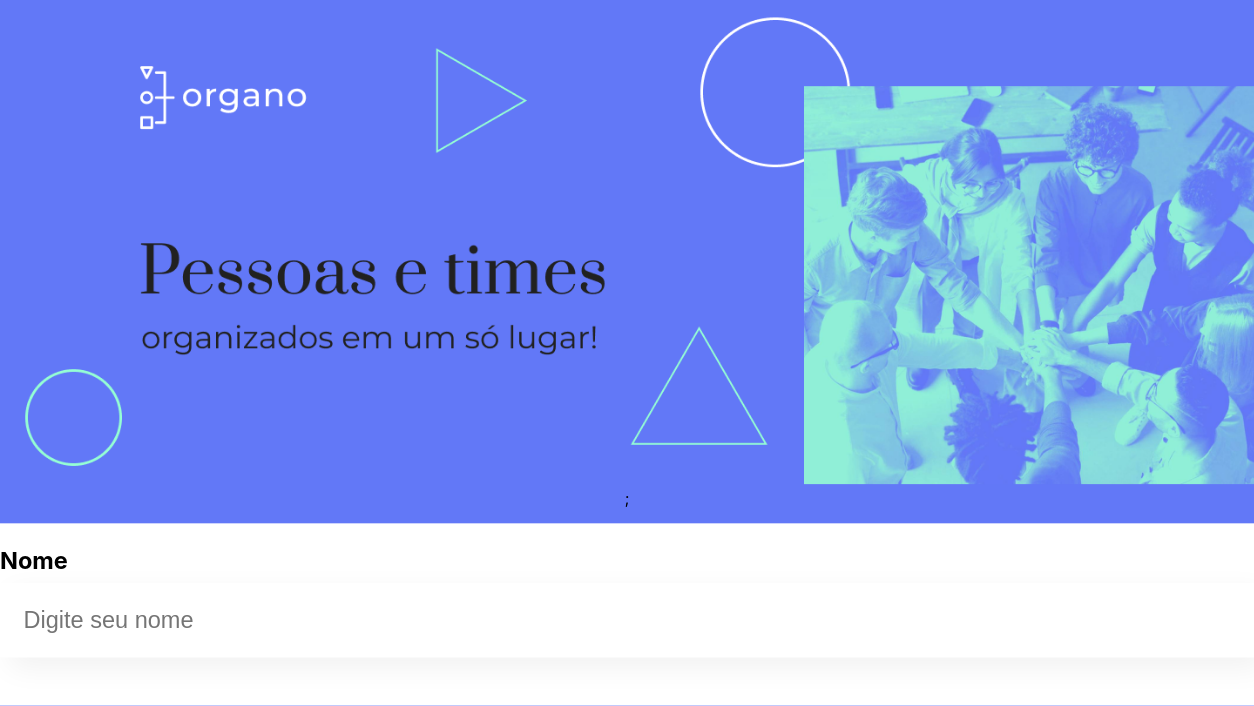
Repository: guilhermecardoso93/organo
Page: /
The author's editor kept a copy of each file at every save. The page is drawn from the files as they stood at one save, then again after the next save.
The browser window is 1280 px wide. The pictures show the whole page, at 98% of full size.
The project was rebuilt for these pictures with package versions that can differ from the ones it lists, and the page was loaded fresh each time.

Above is the page before, as saved 2024-05-24 10:55:37.

After the next save:
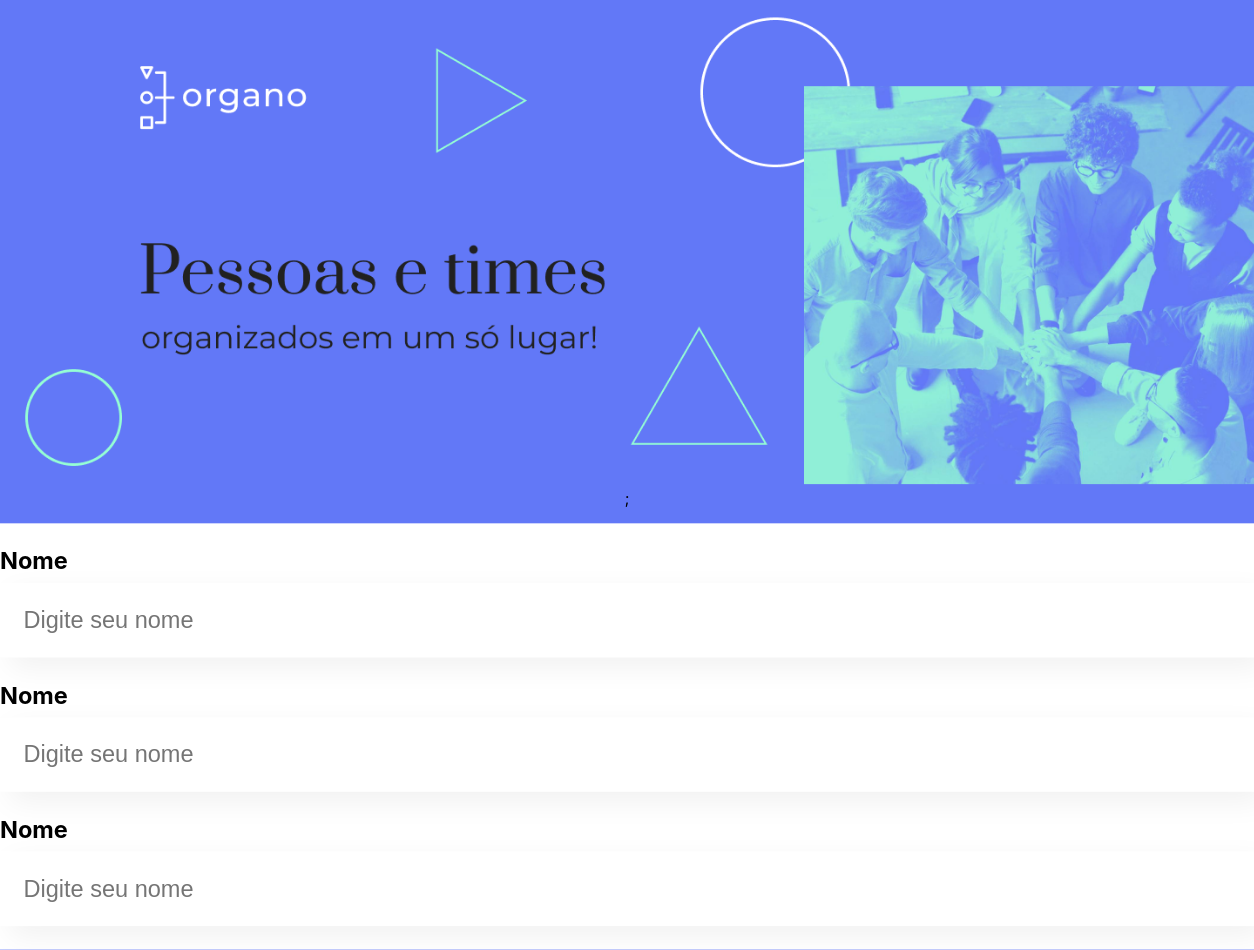
Saved 37 s later.
--- a/src/components/Form/index.js
+++ b/src/components/Form/index.js
@@ -1,5 +1,11 @@
 import { Input } from "../Input";
 
 export function Form() {
-  return <Input label="Nome" placeholder="Digite seu nome" />;
+  return (
+    <form>
+      <Input label="Nome" placeholder="Digite seu nome" />
+      <Input label="Nome" placeholder="Digite seu nome" />
+      <Input label="Nome" placeholder="Digite seu nome" />
+    </form>
+  );
 }
